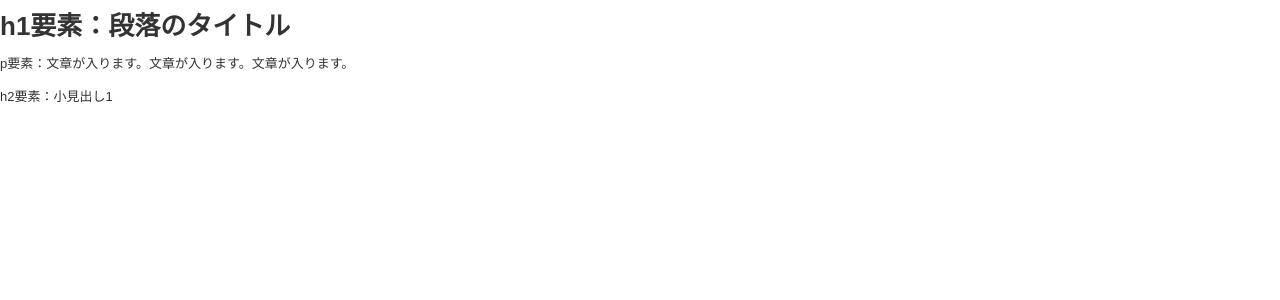
Repository: otanaoyuki/samurai_HTML-CSS
Page: index.html
The author's editor kept a record of every edit. The page is drawn from the files as they stood at one moment, then again after the next edit.
The browser window is 1280 px wide. The pictures show the whole page.

Above is the page before.

### index.html
<!DOCTYPE html>
<html lang="ja">
    <head>
        <meta charset="UTF-8">
        <title>HTML/CSSの学習</title>
            <link rel="stylesheet" href="stylesheet.css">
        <style>
            a:link{
                color:black;
            }
            a:visited{
                color:red;
            }
        </style>
    </head>
    <body>
        <h1 class="blue">h1要素：段落のタイトル</h1>
        <p>p要素：文章が入ります。文章が入ります。文章が入ります。</p>
        <a herf="sss.html>link</a>
        <h2 class="blue">h2要素：小見出し1</h2>
    </body>
</html>

### stylesheet.css
@charset "utf-8";

body {
	margin: 0;
	padding: 0;
	font-family: "ヒラギノ角ゴ Pro W3", "Hiragino Kaku Gothic Pro", "メイリオ", Meiryo, Osaka, "ＭＳ Ｐゴシック", "MS PGothic", sans-serif;
	color: #333;
	font-size: 13px;
	line-height: 150%;
}

/* -------------------- wrapper -------------------- */
#wrapper {
    width: 100%;
    margin: auto;
    padding: 0px;
    border: 0px;
    background-color: #FFF;
    top: 10px;
    position: relative;
}

/* -------------------- header -------------------- */
#header {
	width: 100%;
}
#header h1 {
	margin: 0;
	padding: 0;
}

#corridor {
	width: 100%;
	height: auto;
}

/* -------------------- footer -------------------- */
#footer{
    clear:both;
    width:100%;
    padding:3px 0 3px 0;
    background-color:#39f;
    color:#fff;
    font-weight:bold;
    text-align:center;
}

/* -------------------- nav -------------------- */
#navi{
    width:100%;
}
#navi ul{
    margin:0;
    padding:0;
    list-style-type:none;
}
#navi ul li{
    float:left;
    width:20%;
    text-align:center;
}
#navi ul li a{
    display:block;
    height:20px;
    margin:0;
    padding:10px;
    color:#fff;
    font-size:20px;
    text-decoration: none;
    background-color: green;
    border-left:1px solid white;
}

#nav ul li a:hover{
    filter:drop-shadow(10px 10px 10px black);
}
/* -------------------- container -------------------- */
#container{
    width:100%;
    margin:auto;
    padding:auto;
    padding-top:20px;
    clear:both;
}
 /* -------------------- main -------------------- */
#main{
    float: left;
    width:60%;
    padding:10px 30px 10px 10px;
 }
#main h2{
    margin:0 0 10px 0;
    padding:3px 10px 3px 10px;
    color:#fff;
    font-size:16px;
    border-left:solid 10px #c00;
    background: #f90 url(../images/main_h2.jpg) right top repeat-y;
}
#main p{
    margin:0;
    padding:0;
}
#main .post{
    margin:0 0 30px 0;
}
#main .post img.right{
    margin:0 0 0 8px;
}
#main .post img.left{
    margin:0 8px 0 0;
}
.right{
    float:right;
    width:40%;
    height:auto;
}
.left{
    float:left;
    width:40%;
    height:auto;
}
/* -------------------- clearfix -------------------- */
.clearfix {
    zoom: 1;
}
.clearfix:after{
    content: "";
    display: block;
    clear: both;
}

/* -------------------- side -------------------- */
#side {
	float: right;
	width: 30%;
	padding: 20px;
	background-color: #F99;
}
#side .box {
	margin: 0 auto 30px auto;
	padding: 0 0 20px 0;
	background: url(images/side_box.png) bottom no-repeat;
}
#side .box h2 {
	margin: 0;
	padding: 8px;
	text-align: center;
	color: #fff;
	font-size: 16px;
	line-height: 16px;
	font-weight: normal;
	background: url(images/side_box_h2.png) center no-repeat;
}
#side .box .boxBody {
	padding: 8px;
	border-right: solid 1px #C36;
	border-bottom: solid 1px #C36;
	border-left: solid 1px #C36;
	background: #fff;
}
#side .box .boxBody ul {
	margin: 0 0 16px 0;
	padding: 0;
}
#side .box .boxBody ul li {
	padding: 8px 0 8px 4px;
	list-style: none;
	border-bottom: solid 1px #C36;
}

After the next edit:
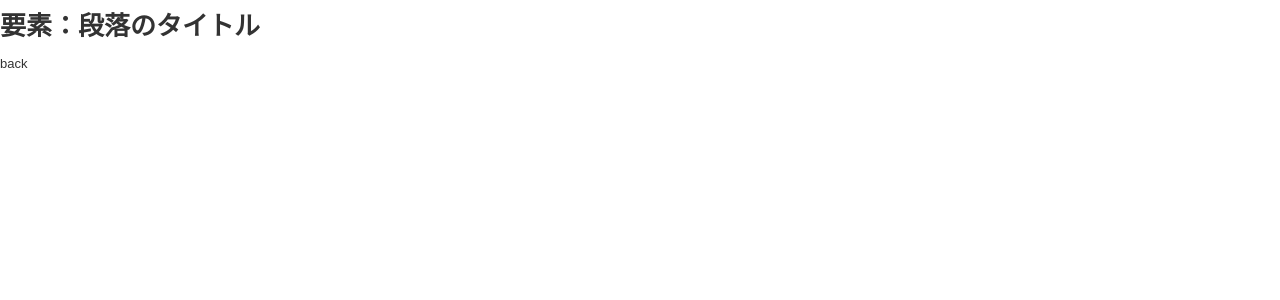
The edit:
--- a/index.html
+++ b/index.html
@@ -14,9 +14,7 @@
         </style>
     </head>
     <body>
-        <h1 class="blue">h1要素：段落のタイトル</h1>
-        <p>p要素：文章が入ります。文章が入ります。文章が入ります。</p>
-        <a herf="sss.html>link</a>
-        <h2 class="blue">h2要素：小見出し1</h2>
+        <h1>要素：段落のタイトル</h1>
+        <a herf="sss.html">back</a>
     </body>
 </html>
